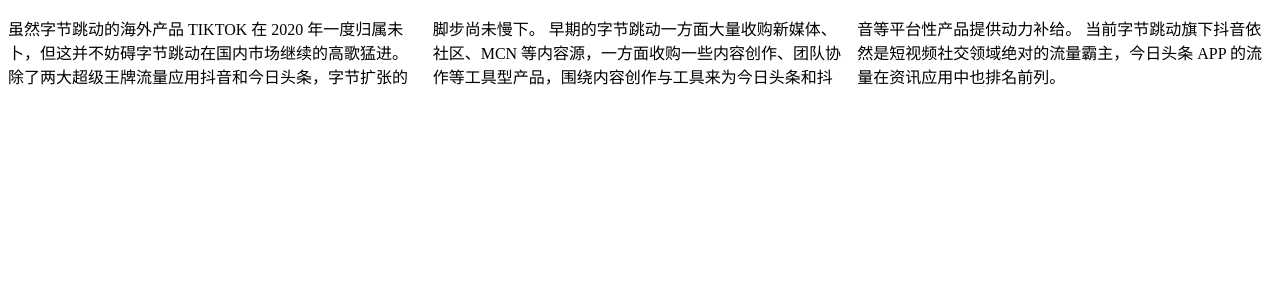
Repository: LstHeart/html-learning
Page: css3/CSS3多列布局-分栏.html
These files come from the project's save history. The page is drawn as it stood at one moment and after the next save; the edit follows.
The browser window is 1280 px wide. The pictures show the whole page.

Above is the page before, as saved 2021-01-12 21:46:39.

After the next save:
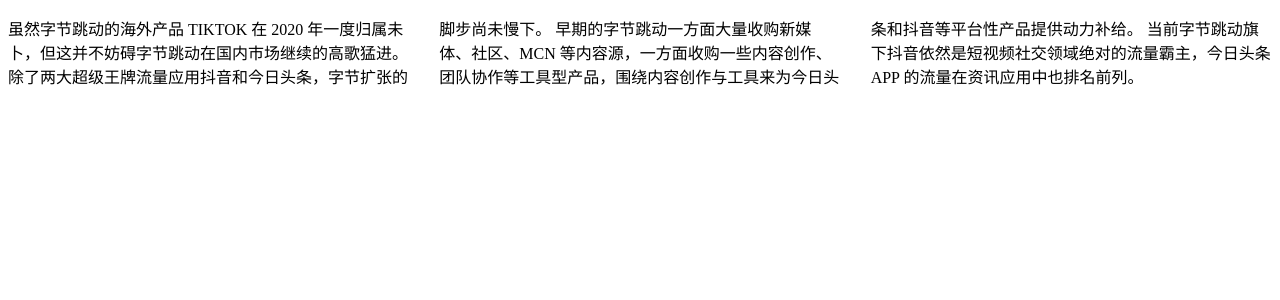
Saved 5 s later.
--- a/css3/CSS3多列布局-分栏.html
+++ b/css3/CSS3多列布局-分栏.html
@@ -8,7 +8,7 @@
     <style>
         p{
             column-count:3;
-            column-gap: 10px;
+            column-gap: 30px;
         }
     </style>
 </head>
